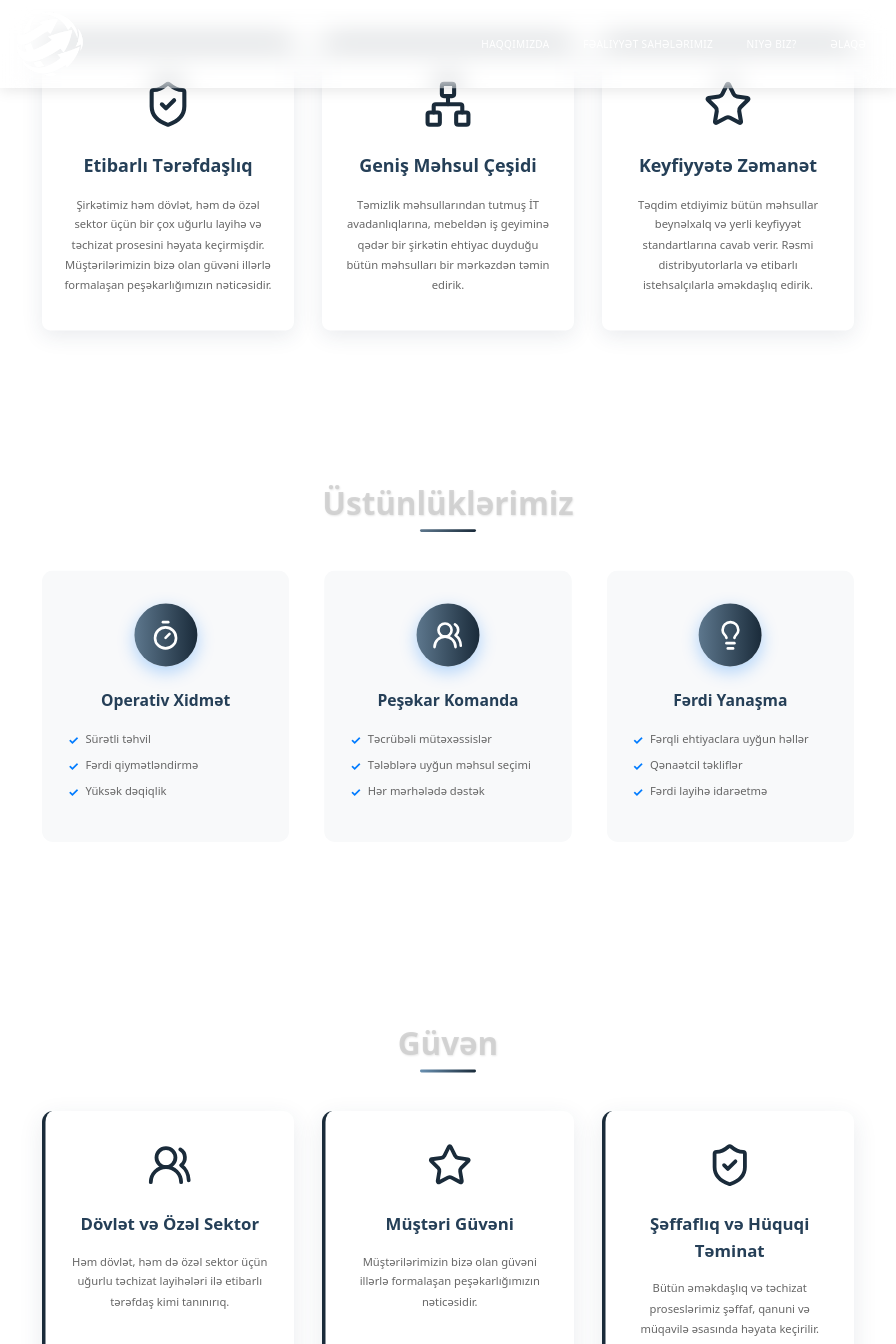
Repository: ferhadsultan98/primetradegroup
Page: /why-us
The author's editor kept a copy of each file at every save. The page is drawn from the files as they stood at one save, then again after a run of saves.
The browser window is 1280 px wide. The pictures show the part of the page from y = 0 to 1920 px (the page is 2589 px tall before and 3025 px after), at 70% of full size.
The page's requests for data from a server got no answer. The project was rebuilt for these pictures with package versions that can differ from the ones it lists, and the page was loaded fresh each time. No one was signed in, and anything a server would have sent is missing. Also part of the build but not shown: vite.config.js, src/Components/Mainlayout/MainLayout.scss, src/Pages/Home/HomeSection.scss, src/Pages/Home/TestimonialSection/TestimonialSection.jsx, src/Pages/Home/CTASection/CTASection.scss, src/Pages/Home/CTASection/CTASection.jsx, src/Pages/Home/ProcessSection/ProcessSection.scss, src/Pages/Home/ProcessSection/ProcessSection.jsx and 24 more.

Above is the page before, as saved 2025-08-09 00:13:55.

### index.html
<!doctype html>
<html lang="en">
 <head>
  <meta charset="UTF-8" />
  <meta name="viewport" content="width=device-width, initial-scale=1.0" />
  <title>PRIME TRADE GROUP</title>
  <link rel="shortcut icon" href="./public/assets/ptglogo.png" type="image/x-icon" />

  <!-- SEO Keywords: Procurement, Supply Chain, Tender (AZ, EN, RU) -->
  <meta name="keywords" content="
    satınalma, tender, təchizat zənciri, logistika, dövlət satınalmaları, idxal-ixrac, müqavilə idarəetməsi, anbarda idarəetmə,
    procurement, public procurement, supply chain, tenders, logistics, contract management, import-export, sourcing,
    закупки, тендеры, логистика, цепочка поставок, государственные закупки, импорт, контрактное управление
  " />


  <meta name="description" content="PRIME TRADE GROUP — satınalma, tender idarəçiliyi, təchizat və logistika sahəsində peşəkar xidmətlər təklif edən qabaqcıl şirkətdir." />


  <meta name="author" content="PRIME TRADE GROUP" />


  <meta name="robots" content="index, follow" />


  <meta property="og:title" content="PRIME TRADE GROUP" />
  <meta property="og:description" content="Satınalma, tender, təchizat və logistika sahəsində peşəkar həllər." />
  <meta property="og:image" content="https://primetradegroup.az/assets/lightlogo-C0YSJfqf.png" />
  <meta property="og:url" content="https://primetradegroup.com" />
  <meta property="og:type" content="website" />
  <meta property="og:locale" content="az_AZ" />


  <meta name="twitter:card" content="summary_large_image" />
  <meta name="twitter:title" content="PRIME TRADE GROUP" />
  <meta name="twitter:description" content="Tender və satınalma sahəsində güvənli partnyorunuz." />
  <meta name="twitter:image" content="https://example.com/preview-image.png" />
</head>

  <body>
    <div id="root"></div>
    <script type="module" src="/src/main.jsx"></script>
  </body>
</html>

### src/Components/Mainlayout/Mainlayout.jsx
import React from 'react';
import Header from '../Common/Header/Header';
import Footer from '../Common/Footer/Footer';
import './MainLayout.scss'

const MainLayout = ({ children }) => {
  return (
    <div>
      <Header />
     <main className='mainLayout'>{children}</main>
      <Footer />
    </div>
  );
};

export default MainLayout;

### src/Components/ScrollTopBtn/ScrollTopBtn.jsx
import React, { useState, useEffect } from 'react';
import { FaArrowUp } from 'react-icons/fa';
import './ScrollTopBtn.scss';

const ScrollTopBtn = () => {
  const [isVisible, setIsVisible] = useState(false);

  // Show button when page is scrolled down
  useEffect(() => {
    const toggleVisibility = () => {
      if (window.pageYOffset > 300) {
        setIsVisible(true);
      } else {
        setIsVisible(false);
      }
    };

    window.addEventListener('scroll', toggleVisibility);
    return () => window.removeEventListener('scroll', toggleVisibility);
  }, []);

  // Scroll to top smoothly
  const scrollToTop = () => {
    window.scrollTo({
      top: 0,
      behavior: 'smooth',
    });
  };

  return (
    <div className={`scroll-to-top ${isVisible ? 'visible' : ''}`}>
      <button onClick={scrollToTop} aria-label="Scroll to top">
        <FaArrowUp />
      </button>
    </div>
  );
};

export default ScrollTopBtn;

### src/App.css
@import url('https://fonts.googleapis.com/css2?family=Montserrat+Alternates:ital,wght@0,100;0,200;0,300;0,400;0,500;0,600;0,700;0,800;0,900;1,100;1,200;1,300;1,400;1,500;1,600;1,700;1,800;1,900&family=Quicksand:wght@300..700&display=swap');

body {
  /* font-family: 'Montserrat Alternates', 'Quicksand', sans-serif; */
font-family: system-ui, -apple-system, BlinkMacSystemFont, 'Segoe UI', Roboto, Oxygen, Ubuntu, Cantarell, 'Open Sans', 'Helvetica Neue', sans-serif;
  margin: 0;
  padding: 0;
   /* background: linear-gradient(90deg, #253f57 0%, #253f57 100%); */
}
*{
    margin: 0;
    padding: 0;
    box-sizing: border-box;
}
/* body{

      font-family: 'Montserrat Alternates', 'Quicksand', sans-serif;
} */
 /* Webkit tabanlı tarayıcılar (Chrome, Safari, Edge) için */
::-webkit-scrollbar {
    width: 45px; /* Kaydırma çubuğu genişliği */

}

::-webkit-scrollbar-track {
    background: transparent; /* Parça arka planı saydam */
}

::-webkit-scrollbar-thumb {
    background: #1a2b3a; /* Kaydırma çubuğu rengi */
    border-radius: 10px; /* Yuvarlak kenarlar */
}

::-webkit-scrollbar-thumb:hover {
    background: #2c3e50; /* Üzerine gelindiğinde daha açık renk (opsiyonel) */
}

::-webkit-scrollbar-button {
    display: none !important; /* Okları zorla gizler */
    width: 0; /* Genişlik sıfır */
    height: 0; /* Yükseklik sıfır */
}

/* Firefox için */
* {
    scrollbar-width: thin; /* İnce kaydırma çubuğu */
    scrollbar-color: #1a2b3a transparent; /* Kaydırma çubuğu rengi ve saydam arka plan */
}

/* Ekstra güvenlik için tüm elementlerde okları kaldırma */
html, body, div, section, article, aside, main {
    scrollbar-width: thin;
    scrollbar-color: #1a2b3a transparent;
}
button{
    outline: none;
}

### src/Pages/WhyUs/WhyUs.jsx
import React from "react";
import { Helmet } from "react-helmet";
import {
  Network,
  Lightbulb,
  Star,
  Users2,
  Timer,
  ShieldCheck,

} from "lucide-react";
import "./WhyUs.scss";
import SectionHeader from "../../Components/SectionHeader/SectionHeader";

const WhyUs = () => {
  return (
    <>
    <div className="whyUsContainer">
      <Helmet>
        <title>NİYƏ BİZİ SEÇMƏLİSİNİZ - PRIME TRADE GROUP MMC</title>
        <meta
          name="description"
          content="PRIME TRADE GROUP MMC-ni etibarlı satınalma partnyorunuz edən səbəbləri kəşf edin – etibarlı tərəfdaşlıq, geniş məhsul çeşidi, keyfiyyətə zəmanət, operativ xidmət və peşəkar komanda."
        />
        <meta
          name="keywords"
          content="etibarlı tərəfdaşlıq, geniş məhsul çeşidi, keyfiyyətə zəmanət, operativ xidmət, peşəkar komanda, fərdi yanaşma, şəffaflıq, satınalma həlləri, təchizat zənciri, PRIME TRADE GROUP MMC"
        />
        <meta name="robots" content="index, follow" />
        <meta name="author" content="PRIME TRADE GROUP MMC" />
        <meta charset="UTF-8" />
        <meta name="viewport" content="width=device-width, initial-scale=1.0" />
      </Helmet>

      <section className="benefitsSection">
        <div className="containerWrapper">

          <div className="benefitsGrid">
            <div className="benefitCard">
              <ShieldCheck className="benefitIcon" />
              <h3 className="benefitTitle">Etibarlı Tərəfdaşlıq</h3>
              <p className="benefitText">Şirkətimiz həm dövlət, həm də özəl sektor üçün bir çox uğurlu layihə və təchizat prosesini həyata keçirmişdir. Müştərilərimizin bizə olan güvəni illərlə formalaşan peşəkarlığımızın nəticəsidir.</p>
            </div>
            <div className="benefitCard">
              <Network className="benefitIcon" />
              <h3 className="benefitTitle">Geniş Məhsul Çeşidi</h3>
              <p className="benefitText">Təmizlik məhsullarından tutmuş İT avadanlıqlarına, mebeldən iş geyiminə qədər bir şirkətin ehtiyac duyduğu bütün məhsulları bir mərkəzdən təmin edirik.</p>
            </div>
            <div className="benefitCard">
              <Star className="benefitIcon" />
              <h3 className="benefitTitle">Keyfiyyətə Zəmanət</h3>
              <p className="benefitText">Təqdim etdiyimiz bütün məhsullar beynəlxalq və yerli keyfiyyət standartlarına cavab verir. Rəsmi distribyutorlarla və etibarlı istehsalçılarla əməkdaşlıq edirik.</p>
            </div>
          </div>
        </div>
      </section>

      <section className="advantagesSection">
        <div className="containerWrapper">
          <h2 className="sectionTitle">Üstünlüklərimiz</h2>
          <div className="advantagesGrid">
            <div className="advantageCard">
              <div className="advantageIconWrapper">
                <Timer className="advantageIcon" />
              </div>
              <h4 className="advantageTitle">Operativ Xidmət</h4>
              <ul className="advantageList">
                <li>Sürətli təhvil</li>
                <li>Fərdi qiymətləndirmə</li>
                <li>Yüksək dəqiqlik</li>
              </ul>
            </div>
            <div className="advantageCard">
              <div className="advantageIconWrapper">
                <Users2 className="advantageIcon" />
              </div>
              <h4 className="advantageTitle">Peşəkar Komanda</h4>
              <ul className="advantageList">
                <li>Təcrübəli mütəxəssislər</li>
                <li>Tələblərə uyğun məhsul seçimi</li>
                <li>Hər mərhələdə dəstək</li>
              </ul>
            </div>
            <div className="advantageCard">
              <div className="advantageIconWrapper">
                <Lightbulb className="advantageIcon" />
              </div>
              <h4 className="advantageTitle">Fərdi Yanaşma</h4>
              <ul className="advantageList">
                <li>Fərqli ehtiyaclara uyğun həllər</li>
                <li>Qənaətcil təkliflər</li>
                <li>Fərdi layihə idarəetmə</li>
              </ul>
            </div>
          </div>
        </div>
      </section>


      <section className="trustSection">
        <div className="containerWrapper">
          <h2 className="sectionTitle">Güvən</h2>
          <div className="trustGrid">
            <div className="trustCard">
              <Users2 className="trustIcon" />
              <h4 className="trustTitle">Dövlət və Özəl Sektor</h4>
              <p className="trustText">Həm dövlət, həm də özəl sektor üçün uğurlu təchizat layihələri ilə etibarlı tərəfdaş kimi tanınırıq.</p>
            </div>
            <div className="trustCard">
              <Star className="trustIcon" />
              <h4 className="trustTitle">Müştəri Güvəni</h4>
              <p className="trustText">Müştərilərimizin bizə olan güvəni illərlə formalaşan peşəkarlığımızın nəticəsidir.</p>
            </div>
            <div className="trustCard">
              <ShieldCheck className="trustIcon" />
              <h4 className="trustTitle">Şəffaflıq və Hüquqi Təminat</h4>
              <p className="trustText">Bütün əməkdaşlıq və təchizat proseslərimiz şəffaf, qanuni və müqavilə əsasında həyata keçirilir.</p>
            </div>
          </div>
        </div>
      </section>
    </div>
    </>
  );
};

export default WhyUs;

### src/Components/ScrollTopBtn/ScrollTopBtn.scss
.scroll-to-top {
  position: fixed;
  bottom: 20px;
  right: 20px;
  opacity: 0;
  visibility: hidden;
  transition: all 0.3s ease-in-out;
  z-index: 1;

  &.visible {
    opacity: 1;
    visibility: visible;
  }

  button {
    background: linear-gradient(135deg, #253f57 0%, #52585a 100%);
    color: white;
    border: none;
    border-radius: 50%;
    width: 50px;
    height: 50px;
    cursor: pointer;
    display: flex;
    align-items: center;
    justify-content: center;
    box-shadow: 0 2px 5px rgba(0, 0, 0, 0.2);
    transition: background-color 0.3s ease, transform 0.3s ease;

    svg {
      font-size: 20px;
    }

    &:hover {
      background-color: white;
      transform: scale(1.1);
    }

    &:focus {
      outline: none;
      box-shadow: 0 0 0 3px rgba(0, 123, 255, 0.3);
    }
  }
}

### src/Pages/Services/ServiceDetails/ServiceDetails.scss
.serviceDetailsContainer {
  color: #e0e0e0;
  min-height: 100vh;
  padding: 20px;
  font-family: -apple-system, BlinkMacSystemFont, 'Segoe UI', Roboto, sans-serif;
}

.containerWrapper {
  max-width: 1400px;
  margin: 0 auto;
  padding: 0 15px;
}

.categoryFilter {
  margin: 20px 0;
  overflow-x: auto;
  -webkit-overflow-scrolling: touch;
  scrollbar-width: none;
  &::-webkit-scrollbar {
    display: none;
  }
}

.categoryScroll {
  display: flex;
  gap: 10px;
  padding-bottom: 10px;
  white-space: nowrap;
}

.categoryButton {
  background-color: #2a3b4a;
  color: #e0e0e0;
  border: none;
  padding: 10px 20px;
  border-radius: 20px;
  cursor: pointer;
  font-size: 14px;
  transition: all 0.3s ease;
  &:hover {
    background-color: #3a4b5a;
  }
  &.active {
    background-color: #4a5b6a;
    color: #ffffff;
  }
}

.serviceDetailsSection {
  padding: 20px 0;
}

.serviceDetailsContent {
  display: flex;
  flex-direction: column;
  gap: 20px;
}

.serviceTitle {
  font-size: 28px;
  font-weight: 600;
  color: #ffffff;
  margin-bottom: 20px;
  text-align: center;
}

.productsContainer {
  display: flex;
  flex-wrap: wrap;
  gap: 20px;
  padding: 20px 0;
  justify-content: center;
}

.productCard {
  background-color: #2a3b4a;
  border-radius: 12px;
  position: relative;
  overflow: hidden;
  transition: transform 0.3s ease;
  width: 300px;

  &:hover {
    transform: translateY(-5px);
  }
}

.categoryBadge {
  background-color: #4a5b6a;
  color: #ffffff;
  padding: 6px 12px;
  font-size: 12px;
  font-weight: 500;
  border-radius: 0 0 8px 0;
  position: absolute;
  top: 0;
  left: 0;
}

.productImageContainer {
  width: 100%;
  height: 200px;
  overflow: hidden;
}

.productImage {
  width: 100%;
  height: 100%;
  object-fit: cover;
}

.productInfo {
  padding: 20px;
}

.productName {
  font-size: 20px;
  font-weight: 600;
  color: #ffffff;
  margin-bottom: 10px;
}

.productDetails {
  display: flex;
  flex-direction: column;
  gap: 10px;
}

.productDescription {
  font-size: 14px;
  line-height: 1.5;
  color: #d0d0d0;
}

.additionalInfoSection {
  font-size: 14px;
  color: #d0d0d0;
  p {
    margin: 5px 0;
    strong {
      color: #ffffff;
    }
  }
}

.backButton {
  background-color: #4a5b6a;
  color: #ffffff;
  border: none;
  padding: 12px 24px;
  border-radius: 8px;
  cursor: pointer;
  font-size: 16px;
  font-weight: 500;
  margin: 20px auto;
  display: block;
  transition: background-color 0.3s ease;
  &:hover {
    background-color: #5a6b7a;
  }
}

/* Responsive adjustments */
@media (max-width: 768px) {
  .serviceTitle {
    font-size: 24px;
  }

  .productsContainer {
    justify-content: center;
  }

  .productImageContainer {
    height: 180px;
  }

  .productName {
    font-size: 18px;
  }

  .categoryButton {
    padding: 8px 16px;
    font-size: 13px;
  }
}

@media (max-width: 480px) {
  .serviceDetailsContainer {
    padding: 15px;
  }

  .serviceTitle {
    font-size: 20px;
  }

  .productImageContainer {
    height: 150px;
  }

  .productName {
    font-size: 16px;
  }

  .productDescription, .additionalInfoSection {
    font-size: 13px;
  }

  .backButton {
    padding: 10px 20px;
    font-size: 14px;
  }
}

### src/Pages/Home/TestimonialSection/TestimonialSection.scss
.testimonialsSection {
  padding: 80px 0;
  background: #ffffff;
}

.testimonialsSection .sectionTitle,
.testimonialsSection .sectionDescription {
  color: #253f57;
}

.contentWrapper {
  width: 100%;
  max-width: 1200px;
  padding: 0 40px;
  margin: 0 auto;
}

.sectionTitle {
  font-size: 3rem;
  font-weight: 700;
  color: #253f57;
  text-align: center;
  margin: 60px 0 20px;
  line-height: 1.2;
  text-shadow: 1px 1px 3px rgba(0, 0, 0, 0.1);
}

.sectionDescription {
  font-size: 1.2rem;
  color: #253f57;
  text-align: center;
  max-width: 700px;
  margin: 0 auto 40px;
  line-height: 1.6;
}

.testimonialsGrid {
  display: grid;
  grid-template-columns: repeat(auto-fit, minmax(280px, 1fr));
  gap: 30px;
}

.testimonialCard {
  background: rgba(255, 255, 255, 0.1);
  padding: 30px;
  border-radius: 12px;
  text-align: center;
}

.authorImage {
  width: 80px;
  height: 80px;
  border-radius: 50%;
  object-fit: cover;
  margin: 0 auto 15px;
}

.testimonialQuote {
  font-size: 1.1rem;
  color: #253f57;
  line-height: 1.6;
  margin-bottom: 15px;
  font-style: italic;
}

.testimonialAuthor {
  font-size: 1rem;
  color: #253f57;
  font-weight: 600;
}

/* Responsive Styles */

/* Tablet */
@media screen and (max-width: 1024px) {
  .contentWrapper {
    padding: 0 30px;
  }

  .sectionTitle {
    font-size: 2.5rem;
  }

  .sectionDescription {
    font-size: 1.1rem;
  }
}

/* Mobile Landscape */
@media screen and (max-width: 768px) {
  .contentWrapper {
    padding: 0 25px;
  }

  .sectionTitle {
    font-size: 2.2rem;
  }

  .sectionDescription {
    font-size: 1rem;
  }

  .testimonialsSection {
    padding: 60px 0;
  }

  .testimonialCard {
    padding: 20px;
  }
}

/* Mobile Portrait */
@media screen and (max-width: 480px) {
  .contentWrapper {
    padding: 0 20px;
  }

  .sectionTitle {
    font-size: 2rem;
  }

  .sectionDescription {
    font-size: 0.95rem;
  }

  .testimonialCard {
    padding: 20px;
  }

  .testimonialQuote {
    font-size: 1rem;
  }

  .testimonialAuthor {
    font-size: 0.9rem;
  }

  .authorImage {
    width: 60px;
    height: 60px;
  }
}

/* Small Mobile */
@media screen and (max-width: 360px) {
  .contentWrapper {
    padding: 0 15px;
  }

  .sectionTitle {
    font-size: 1.8rem;
  }

  .sectionDescription {
    font-size: 0.9rem;
  }
}

/* Ultra-wide screens */
@media screen and (min-width: 1440px) {
  .contentWrapper {
    max-width: 1400px;
    padding: 0 60px;
  }

  .sectionTitle {
    font-size: 3.5rem;
  }

  .sectionDescription {
    font-size: 1.3rem;
  }
}

### src/Components/SectionHeader/SectionHeader.jsx
import React from "react";
import "./SectionHeader.scss";
import Breadcrumb from "../Breadcrumb/Breadcrumb";

const SectionHeader = ({ label, title, description, centered = true, breadcrumbItems }) => {
  return (
    <div className={`sectionHeader ${centered ? "centered" : ""}`}>
      <span className="headerLabel">{label}</span>
      <h2 className="headerTitle">{title}</h2>
      {description && <p className="headerDescription">{description}</p>}
      <Breadcrumb items={breadcrumbItems} />
    </div>
  );
};

export default SectionHeader;

### src/Components/SectionHeader/SectionHeader.scss
$primaryColor: #1a2b3a;
$secondaryColor: #2c4b63;
$accentColor: #39698e;
$successColor: #467193;
$whiteColor: #ffffff;
$darkColor: #0f1419;
$grayColor: #6c757d;
$lightGray: #f8f9fa;
$borderColor: #e5e5e5;
$shadow: 0 2px 10px rgba(0, 0, 0, 0.1);
$transition: all 0.3s cubic-bezier(0.4, 0, 0.2, 1);

@keyframes gradientShift {
  0% { background-position: 0% 50%; }
  50% { background-position: 100% 50%; }
  100% { background-position: 0% 50%; }
}

@keyframes fadeInUp {
  from {
    opacity: 0;
    transform: translateY(30px);
  }
  to {
    opacity: 1;
    transform: translateY(0);
  }
}

.sectionHeader {
  padding: 180px 0 100px;
  margin: 0 auto;
  text-align: center;
  position: relative;
  overflow: hidden;
  z-index: 2;

  // Animated gradient background
  background: linear-gradient(-45deg,
    $primaryColor,
    $secondaryColor,
    #1e3a4f,
    $accentColor,
    #2a4a5c,
    $primaryColor
  );
  background-size: 400% 400%;
  animation: gradientShift 8s ease infinite;

  &.centered {
    text-align: center;
  }

  .headerLabel {
    color: $accentColor;
    font-size: 14px;
    font-weight: 600;
    text-transform: uppercase;
    letter-spacing: 2px;
    display: inline-block;
    margin-bottom: 20px;
    animation: fadeInUp 0.8s ease-out;
  }

  .headerTitle {
    font-size: 48px;
    font-weight: 700;
    color: $whiteColor;
    margin-bottom: 25px;
    line-height: 1.2;
    animation: fadeInUp 0.8s ease-out 0.2s both;
    text-shadow: 2px 2px 4px rgba(0, 0, 0, 0.3);
  }

  .headerDescription {
    font-size: 20px;
    color: rgba($whiteColor, 0.9);
    line-height: 1.8;
    margin: 0 auto;
    margin-bottom: 40px;
    max-width: 600px;
    animation: fadeInUp 0.8s ease-out 0.4s both;
    text-shadow: 1px 1px 2px rgba(0, 0, 0, 0.2);
    position: relative;
  }

  @media (max-width: 1200px) {
    padding: 130px 0 80px;

    .headerTitle {
      font-size: 42px;
    }

    .headerDescription {
      font-size: 18px;
      max-width: 500px;
    }
  }

  @media (max-width: 768px) {
    padding: 100px 0 60px;

    .headerLabel {
      font-size: 12px;
      letter-spacing: 1px;
    }

    .headerTitle {
      font-size: 36px;
      margin-bottom: 20px;
    }

    .headerDescription {
      font-size: 16px;
      max-width: 400px;
      margin-bottom: 30px;
    }

    .wave-decoration {
      display: none;
    }
  }

  @media (max-width: 480px) {
    padding: 80px 0 40px;

    .headerLabel {
      font-size: 11px;
      margin-bottom: 15px;
    }

    .headerTitle {
      font-size: 24px;
      margin-bottom: 15px;
    }

    .headerDescription {
      font-size: 14px;
      max-width: 300px;
      line-height: 1.6;
      margin-bottom: 25px;
    }

    .wave-decoration {
      display: none;
    }
  }

  @media (max-width: 320px) {
    padding: 60px 0 30px;

    .headerTitle {
      font-size: 20px;
    }

    .headerDescription {
      font-size: 13px;
      max-width: 280px;
    }
  }

  @media (prefers-reduced-motion: reduce) {
    background: $primaryColor;
    animation: none;
  }
}

### src/Components/BreadCrumb/BreadCrumb.jsx
import React from "react";
import { Link, useLocation } from "react-router-dom";
import "./Breadcrumb.scss";

const Breadcrumb = () => {
  const location = useLocation();
  const paths = location.pathname.split("/").filter(Boolean);

  return (
    <div className="breadcrumb">
      <Link to="/">Home</Link>
      {paths.map((path, index) => {
        const to = "/" + paths.slice(0, index + 1).join("/");
        const name = path.charAt(0).toUpperCase() + path.slice(1);
        return (
          <span key={to}>
            {" > "}
            <Link to={to}>{name}</Link>

          </span>
        );
      })}
    </div>
  );
};

export default Breadcrumb;

### src/Components/BreadCrumb/BreadCrumb.scss
.breadcrumb {
  font-size: 18px;
  margin-bottom: 20px;
  color: #999;
  animation: fadeInUp 0.8s ease-out;
  @keyframes fadeInUp {
    from {
      opacity: 0;
      transform: translateY(30px);
    }
    to {
      opacity: 1;
      transform: translateY(0);
    }
  }
  a {
    color: #ffffff;
    text-decoration: none;

    &:hover {
      text-decoration: underline;
    }
  }

  span {
    margin-left: 5px;
  }
}

Loaded but not shown: src/main.jsx (common file); src/index.css (common file); src/Languages/RU/RU.json (385 lines, source omitted); src/Languages/EN/EN.json (385 lines, source omitted); src/Languages/AZ/AZ.json (361 lines, source omitted); src/Languages/i18n.js (38 lines, source omitted); src/Pages/About/About.scss (499 lines, source omitted); src/Pages/WhyUs/WhyUs.scss (415 lines, source omitted); src/Components/Common/Header/Header.scss (354 lines, source omitted); src/Components/Common/Footer/Footer.scss (331 lines, source omitted); src/Components/Common/Header/Header.jsx (149 lines, source omitted); src/Components/Common/Footer/Footer.jsx (128 lines, source omitted); src/App.jsx (130 lines, source omitted)

After the next 2 saves:
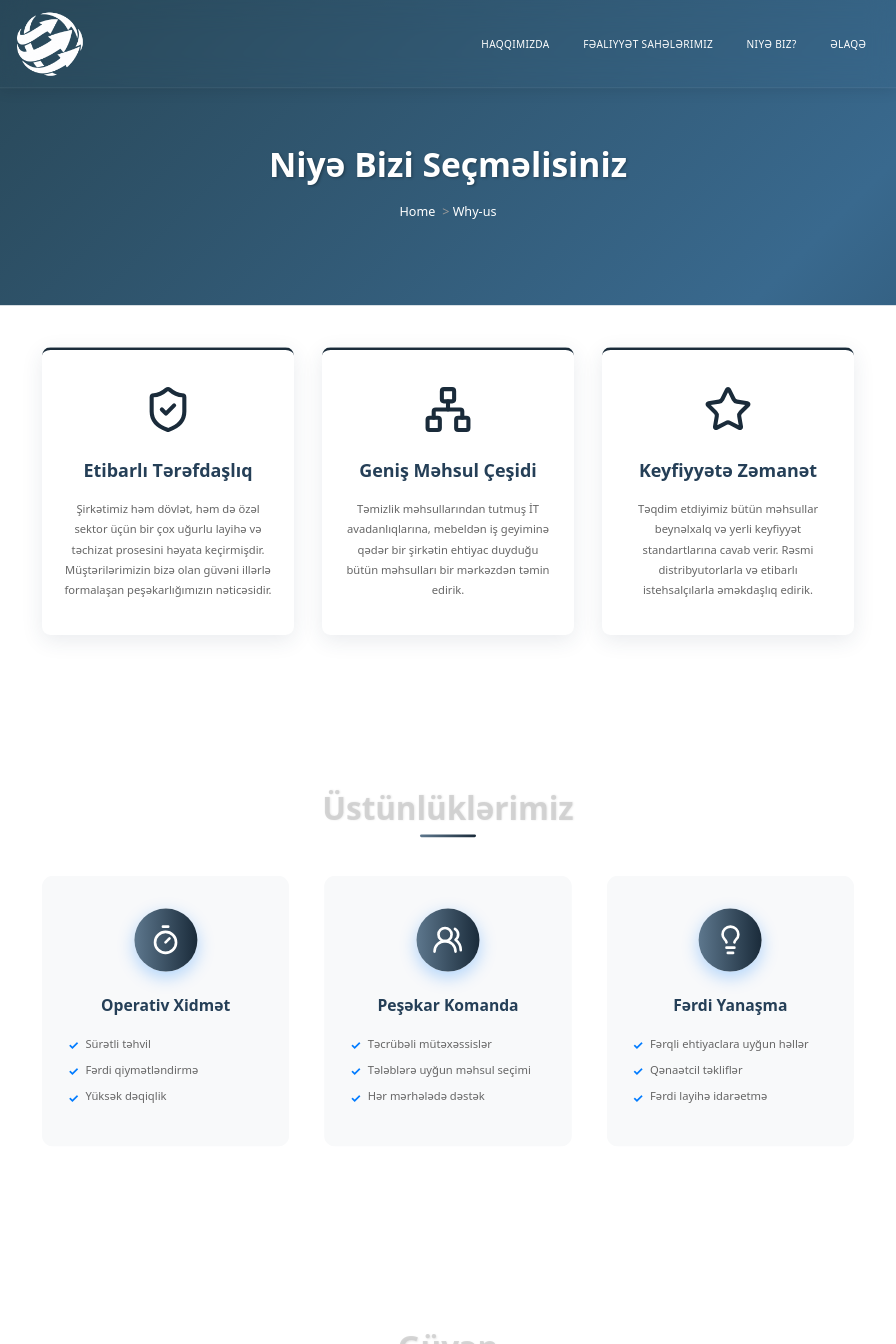
The 2 saves are shown as one change because they came seconds apart.
The last was saved 7 s later.
--- a/src/Pages/WhyUs/WhyUs.jsx
+++ b/src/Pages/WhyUs/WhyUs.jsx
@@ -15,6 +15,10 @@ import SectionHeader from "../../Components/SectionHeader/SectionHeader";
 const WhyUs = () => {
   return (
     <>
+     <SectionHeader
+            title="Niyə Bizi Seçməlisiniz"
+            subtitle="PRIME TRADE GROUP MMC olaraq müştərilərimizin təchizat və satınalma ehtiyaclarına operativ, etibarlı və peşəkar yanaşma ilə cavab veririk."
+          />
     <div className="whyUsContainer">
       <Helmet>
         <title>NİYƏ BİZİ SEÇMƏLİSİNİZ - PRIME TRADE GROUP MMC</title>
